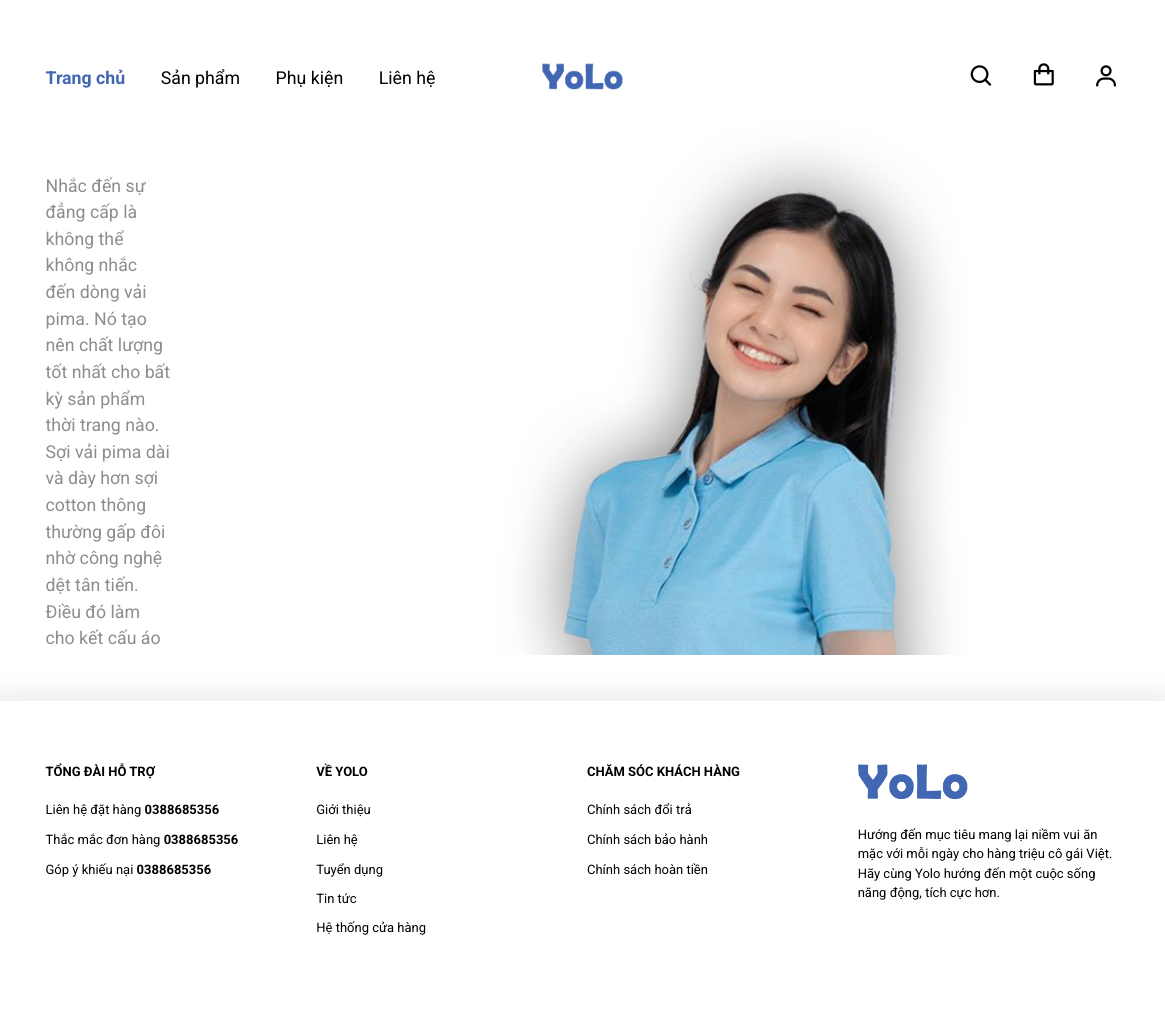
Repository: NguyenThanhBinh1210/Binh-React
Page: / (app in yoloshop/)
The author's editor kept a copy of each file at every save. The page is drawn from the files as they stood at one save, then again after the next save.
The browser window is 1280 px wide. The pictures show the whole page, at 91% of full size.
The project was rebuilt for these pictures with package versions that can differ from the ones it lists, and the page was loaded fresh each time. A package was used in the major version that the imports need, not the one package.json lists. Also part of the build but not shown: yoloshop/src/pages/Product.jsx, yoloshop/src/pages/Catalog.jsx, yoloshop/src/pages/Cart.jsx, yoloshop/src/pages/Accessory.jsx, yoloshop/src/pages/Contact.jsx.

Above is the page before, as saved 2021-11-25 12:11:41.

### yoloshop/src/index.js
import React from 'react'
import ReactDOM from 'react-dom'
import Layout from './components/Layout'
import reportWebVitals from './reportWebVitals'
import './assets/boxicons-2.0.7/css/boxicons.min.css'
import './sass/index.scss'

ReactDOM.render(
	<React.StrictMode>
		<Layout />
	</React.StrictMode>,
	document.getElementById('root')
)

// If you want to start measuring performance in your app, pass a function
// to log results (for example: reportWebVitals(console.log))
// or send to an analytics endpoint. Learn more: https://bit.ly/CRA-vitals
reportWebVitals()

### yoloshop/src/components/Layout.jsx
import React from 'react'
import { BrowserRouter, Route } from 'react-router-dom'
import Header from './Header'
import Footer from './Footer'
import Routess from '../routes/Routess'

export default function Layout() {
	return (
		<BrowserRouter>
			<Route
				render={props => (
					<div>
						<Header {...props} />
						<div className="container">
							<div className="main">
								<Routess />
							</div>
						</div>
						<Footer />
					</div>
				)}
			/>
		</BrowserRouter>
	)
}

### yoloshop/src/sass/index.scss
@import './variables';
@import './mixins';
@import './base.scss';

@import './components/header';
@import './components/footer';
@import './components/hero-slider';

### yoloshop/src/components/Header.jsx
import React, { useEffect, useRef } from 'react'
import logo from '../assets/images/Logo-2.png'
import { Link, useLocation } from 'react-router-dom'

const mainNav = [
	{
		display: 'Trang chủ',
		path: '/'
	},
	{
		display: 'Sản phẩm',
		path: '/catalog'
	},
	{
		display: 'Phụ kiện',
		path: '/accessories'
	},
	{
		display: 'Liên hệ',
		path: '/contact'
	}
]
export default function Header() {
	const { pathname } = useLocation()
	const activeNav = mainNav.findIndex(e => e.path === pathname)
	const headerRef = React.useRef(null)

	useEffect(() => {
		window.addEventListener('scroll', () => {
			if (
				document.body.scrollTop > 80 ||
				document.documentElement.scrollTop > 80
			) {
				headerRef.current.classList.add('shrink')
			} else {
				headerRef.current.classList.remove('shrink')
			}
		})
		return () => {
			window.removeEventListener('scroll')
		}
	}, [])

	const menuLeft = useRef(null)

	const menuToggle = () => menuLeft.current.classList.toggle('active')

	return (
		<div className="header" ref={headerRef}>
			<div className="container">
				<div className="header__logo">
					<Link to="/">
						<img src={logo} alt="logo" />
					</Link>
				</div>
				<div className="header__menu">
					<div className="header__menu__mobile-toggle" onClick={menuToggle}>
						<i class="bx bx-menu-alt-left"></i>
					</div>
					<div className="header__menu__left" ref={menuLeft}>
						<div className="header__menu__left__close" onClick={menuToggle}>
							<i class="bx bx-chevron-left"></i>
						</div>
						{mainNav.map((item, index) => (
							<div
								key={index}
								className={`header__menu__item  header__menu__left__item ${
									index === activeNav ? 'active' : ''
								}`}
								onClick={menuToggle}
							>
								<Link to={item.path}>
									<span>{item.display}</span>
								</Link>
							</div>
						))}
					</div>
					<div className="header__menu__right">
						<div className="header__menu__item header__menu__right__item">
							<i class="bx bx-search"></i>
						</div>
						<div className="header__menu__item header__menu__right__item">
							<Link to="/cart">
								<i class="bx bx-shopping-bag"></i>
							</Link>
						</div>
						<div className="header__menu__item header__menu__right__item">
							<i class="bx bx-user"></i>
						</div>
					</div>
				</div>
			</div>
		</div>
	)
}

### yoloshop/src/components/Footer.jsx
import React from 'react'
import { Link } from 'react-router-dom'
import Grid from './Grid'
import logo from '../assets/images/Logo-2.png'

const footerAboutLinks = [
	{
		display: 'Giới thiệu',
		path: '/about'
	},
	{
		display: 'Liên hệ',
		path: '/contact'
	},
	{
		display: 'Tuyển dụng',
		path: '/about'
	},
	{
		display: 'Tin tức',
		path: '/about'
	},
	{
		display: 'Hệ thống cửa hàng',
		path: '/about'
	}
]

const footerCustomLinks = [
	{
		display: 'Chính sách đổi trả',
		path: '/about'
	},

	{
		display: 'Chính sách bảo hành',
		path: '/about'
	},

	{
		display: 'Chính sách hoàn tiền',
		path: '/about'
	}
]

export default function Footer() {
	return (
		<footer className="footer">
			<div className="container">
				<Grid col={4} mdCol={2} smCol={1} gap={10}>
					<div>
						<div className="footer__title">Tổng đài hỗ trợ</div>
						<div className="footer__content">
							<p>
								Liên hệ đặt hàng <strong> 0388685356</strong>
							</p>
							<p>
								Thắc mắc đơn hàng <strong> 0388685356</strong>
							</p>
							<p>
								Góp ý khiếu nại <strong> 0388685356</strong>
							</p>
						</div>
					</div>
					<div>
						<div className="footer__title">Về Yolo</div>
						<div className="footer__content">
							{footerAboutLinks.map((item, i) => (
								<p key={i} className="">
									<Link to={item.path}>{item.display}</Link>
								</p>
							))}
						</div>
					</div>
					<div>
						<div className="footer__title">Chăm sóc khách hàng</div>
						<div className="footer__content">
							{footerCustomLinks.map((item, i) => (
								<p key={i} className="">
									<Link to={item.path}>{item.display}</Link>
								</p>
							))}
						</div>
					</div>
					<div className="footer__about">
						<p>
							<Link to="/">
								<img src={logo} className="footer__logo" alt="logo" />
							</Link>
						</p>
						<p>
							Hướng đến mục tiêu mang lại niềm vui ăn mặc với mỗi ngày cho hàng
							triệu cô gái Việt. Hãy cùng Yolo hướng đến một cuộc sống năng
							động, tích cực hơn.
						</p>
					</div>
				</Grid>
			</div>
		</footer>
	)
}

### yoloshop/src/routes/Routess.jsx
import React from 'react'
import { Switch, Route } from 'react-router-dom'
import Home from '../pages/Home'
import Product from '../pages/Product'
import Catalog from '../pages/Catalog'
import Cart from '../pages/Cart'
import Accessory from '../pages/Accessory'
import Contact from '../pages/Contact'

const Routess = () => {
	return (
		<Switch>
			<Route path="/" exact component={Home}></Route>
			<Route path="/catalog/:slug" component={Product}></Route>
			<Route path="/catalog" component={Catalog}></Route>
			<Route path="/cart" component={Cart}></Route>
			<Route path="/accessories" component={Accessory}></Route>
			<Route path="/contact" component={Contact}></Route>
		</Switch>
	)
}

export default Routess

### yoloshop/src/sass/_variables.scss
$main-bg: #fff;
$main-color: #4267b2;

$txt-main-color: #000000;
$txt-second-color: #8d8d8d;
$txt-white: #fff;

$btn-main-bg: $main-color;
$btn-main-color: #fff;

$header-height: 170px;
$header-tablet-height: 70px;
$header-mobile-height: 40px;
$header-shrink-height: 70px;

$box-shadow: rgba(149, 157, 165, 0.2) 0px 0px 24px 8px;

$colors: (
	'blue': #4267b2,
	'orange': #fbb96b,
	'pink': #fe7e73,
	'white': #fff,
	'black': #000,
	'main': $main-color
);

$mobile-width: 600px;
$tablet-width: 1024px;

$numbers: (0, 1, 2, 3, 4, 5, 6, 7, 8);

### yoloshop/src/sass/_mixins.scss
@mixin flex($align-item, $justify-content) {
	display: flex;
	align-items: $align-item;
	justify-content: $justify-content;
}

@mixin mobile {
	@media only screen and (max-width: $mobile-width) {
		@content;
	}
}
@mixin tablet {
	@media only screen and (max-width: $tablet-width) {
		@content;
	}
}

### yoloshop/src/sass/_base.scss
@import url('https://fonts.googleapis.com/css2?family=Roboto:ital,wght@0,100;0,300;0,400;0,500;0,700;0,900;1,100;1,300;1,400;1,500;1,700;1,900&display=swap');

@import url('https://fonts.googleapis.com/css2?family=M+PLUS+Rounded+1c:wght@100;300;400;500;700;800;900&display=swap');

* {
	padding: 0;
	margin: 0;
	box-sizing: border-box;
	-webkit-tap-highlight-color: transparent;
	user-select: none;
}

html {
	font-size: 13px;
}

body {
	font-family: 'Roboto', sans-serif;
}

ul {
	list-style-type: none;
}

a {
	text-decoration: none;
	color: unset;
}

@each $color, $val in $colors {
	.color-#{$color} {
		color: $val;
	}

	.bg-#{$color} {
		background-color: $val;
	}
}

@each $val in $numbers {
	.grid-col-#{$val} {
		grid-template-columns: repeat($val, 1fr);
	}
}

@each $val in $numbers {
	.grid-col-md-#{$val} {
		@include tablet {
			grid-template-columns: repeat($val, 1fr);
		}
	}
}

@each $val in $numbers {
	.grid-col-sm-#{$val} {
		@include mobile {
			grid-template-columns: repeat($val, 1fr);
		}
	}
}

.container {
	width: 100%;
	max-width: 1620px;
	padding: 0 50px;
	margin: auto;

	@include tablet {
		padding: 0 20px;
	}

	@include mobile {
		padding: 0 10px;
	}
}

.main {
	margin-top: $header-height;
	margin-bottom: 2rem;
	min-height: 100vh;

	@include tablet {
		margin-top: calc(#{$header-tablet-height} + 20px);
	}
	@include mobile {
		margin-top: calc(#{$header-mobile-height} + 10px);
	}
}

.grid {
	display: grid;
}

### yoloshop/src/sass/components/_header.scss
.header {
	background-color: $main-bg;
	position: fixed;
	top: 0;
	left: 0;
	width: 100%;
	z-index: 99;
	height: $header-height;
	transition: height 0.3s ease;

	@include tablet {
		height: $header-tablet-height;
		box-shadow: $box-shadow;
	}
	@include mobile {
		height: $header-mobile-height;
	}

	.container {
		height: 100%;
	}

	&.shrink {
		height: $header-shrink-height;
		box-shadow: $box-shadow;
	}

	&__logo {
		@include flex(center, center);
		position: absolute;
		inset: 0;
		pointer-events: none;

		img {
			height: 28px;
		}
	}

	&__menu {
		@include flex(center, space-between);
		height: 100%;
		font-size: 1.5rem;

		&__item ~ &__item {
			margin-left: 39px;
			@include tablet {
				margin-left: 20px;
			}
			@include mobile {
				margin-left: 10px;
			}
		}
		&__item.active {
			font-weight: 600;
			color: $main-color;
		}
		&__item:hover {
			color: $main-color;
		}
		&__left,
		&__right {
			@include flex(center, center);
			height: 100%;
		}

		&__right {
			font-size: 2.25rem;
			&__item {
				@include flex(center, center);
			}
			@include mobile {
				font-size: 1.5rem;
			}
		}

		&__left {
			&__close {
				display: none;
			}

			@include tablet {
				flex-direction: column;
				background-color: $main-bg;
				position: absolute;
				left: 0;
				top: 0;
				width: 100%;
				height: 100vh;
				justify-content: flex-start;
				padding-top: 30px;
				transform: translateX(-100%);
				transition: transform 0.5s ease;

				&.active {
					transform: translateX(0);
				}

				&__item ~ &__item {
					margin-left: unset;
					margin-top: 20px;
				}
				&__close {
					display: block;
					position: absolute;
					left: 20px;
					font-size: 2.5rem;
				}
			}
		}
		&__mobile-toggle {
			display: none;

			@include tablet {
				display: block;
				font-size: 2.5rem;
			}
		}
	}
}

### yoloshop/src/sass/components/_footer.scss
.footer {
	padding: 70px 0;
	box-shadow: $box-shadow;
	font-size: 1.1rem;
	a:hover {
		color: $main-color;
	}
	&__logo {
		height: 38px;
	}
	&__about {
		p {
			margin-bottom: 2rem;
		}
		p:not(:first-child) {
			line-height: 1.5;
		}
	}
	&__title {
		text-transform: uppercase;
		margin-bottom: 2rem;
		font-weight: 600;
	}
	&__content {
		p {
			margin-bottom: 1.25rem;
		}
	}
}

### yoloshop/src/sass/components/_hero-slider.scss
.hero-slider {
	height: 100vh;
	max-height: 1080px;
	overflow: hidden;
	position: relative;
	margin-bottom: 50px;
	margin-top: calc(#{$header-height} * -1);
	@include tablet {
		margin-top: calc(#{$header-tablet-height} * -1);
	}
	@include mobile {
		margin-top: calc(#{$header-mobile-height} * -1);
	}
	&__item {
		@include flex(center, space-between);
		opacity: 0;
		visibility: hidden;
		pointer-events: none;
		position: absolute;
		inset: 0;
		&.active {
			opacity: 1;
			visibility: visible;
			pointer-events: visible;
		}
		&__info {
			width: 58.33%;
			&__title,
			&__description {
				margin-bottom: 60px;

				@include tablet {
					margin-bottom: 15px;
				}
			}
			&__title {
				font-family: 'M Plus Rounded 1c', sans-serif;
				font-weight: 600;
				font-size: 4.5rem;
				line-height: 6.75rem;
				overflow: hidden;
			}
			&__description {
				color: $txt-second-color;
				font-size: 1.5rem;
				line-height: 2.25rem;
				overflow: hidden;
			}
			&__btn {
				overflow: hidden;
			}
		}
		&__image {
			flex-grow: 1;
			position: relative;
			height: 100%;
			z-index: 1000;
			pointer-events: none;
		}
	}
}

### yoloshop/src/components/Grid.jsx
import React from 'react'
import PropTypes from 'prop-types'

const Grid = props => {
	const style = {
		gap: props.gap ? `${props.gap}px` : '0'
	}
	const col = props.col ? `grid-col-${props.col}` : '0'
	const mdCol = props.mdCol ? `grid-col-${props.mdCol}` : '0'
	const smCol = props.smCol ? `grid-col-${props.smCol}` : '0'
	return (
		<div className={`grid ${col} ${mdCol} ${smCol}`} style={style}>
			{props.children}
		</div>
	)
}

Grid.propTypes = {
	col: PropTypes.number.isRequired,
	mdCol: PropTypes.number,
	smCol: PropTypes.number,
	gap: PropTypes.number
}

export default Grid

### yoloshop/src/pages/Home.jsx
import React from 'react'
import heroSliderData from '../assets/fake-data/hero-slider'
import Helmet from '../components/Helmet'
import HeroSlider from '../components/HeroSlider'

const Home = () => {
	return (
		<Helmet title="Trang chủ">
			{/* Hero slider */}
			<HeroSlider data={heroSliderData} />
		</Helmet>
	)
}

export default Home

### yoloshop/src/assets/fake-data/hero-slider.js
const img1 = require('../images/slider/slide_1.png').default
const img2 = require('../images/slider/slide_2.png').default
const img3 = require('../images/slider/slide_3.png').default

const heroSliderData = [
	{
		title: 'Polo nữ Pima cao cấp',
		description:
			'Nhắc đến sự đẳng cấp là không thể không nhắc đến dòng vải pima. Nó tạo nên chất lượng tốt nhất cho bất kỳ sản phẩm thời trang nào. Sợi vải pima dài và dày hơn sợi cotton thông thường gấp đôi nhờ công nghệ dệt tân tiến. Điều đó làm cho kết cấu áo polo chắc chắn, bền chặt, hạn chế tối đa xù lông, mềm mượt, bền màu, vô cùng đảm bảo sức khoẻ người dùng',
		img: img1,
		color: 'blue',
		path: '/catalog/ao-thun-dinosaur-01'
	},
	{
		title: 'Polo Nữ Dáng Suông Modal',
		description:
			'Polo nữ dáng suông Modal sử dụng công nghệ vải cao cấp thân thiện với môi trường sản xuất độc quyền chống co rút vải, áo polo nữ vải modal là sản phẩm thích hợp cho các bạn có môi trường làm việc năng động như hiện nay',
		img: img2,
		path: '/catalog/ao-thun-dinosaur-02',
		color: 'pink'
	},
	{
		title: 'Polo Nữ Coolmax Lacoste',
		description:
			'Mẫu áo polo nữ được làm bằng chất liệu coolmax đem lại cảm giác mát lạnh khi mặc. Thiết kế mẫu áo polo coolmax này có kiểu dáng cực kỳ thoải mái. Tạo sự gọn gàng hứa hẹn sẽ là mẫu áo polo vô cùng hot trong thời điểm sắp tới',
		img: img3,
		path: '/catalog/ao-thun-dinosaur-03',
		color: 'orange'
	}
]

export default heroSliderData

### yoloshop/src/components/Helmet.jsx
import React from 'react'
import PropTypes from 'prop-types'

const Helmet = props => {
	document.title = 'Yolo - ' + props.title

	return <div>{props.children}</div>
}

Helmet.propTypes = {
	title: PropTypes.string.isRequired
}

export default Helmet

### yoloshop/src/components/HeroSlider.jsx
import React from 'react'
import PropTypes from 'prop-types'
import { Link } from 'react-router-dom'

const HeroSlider = props => {
	const data = props.data
	const activeSlider = 0
	return (
		<div className="hero-slider">
			{data.map((item, index) => (
				<HeroSliderItem
					key={index}
					item={item}
					active={index === activeSlider}
				/>
			))}
		</div>
	)
}

HeroSlider.propTypes = {
	data: PropTypes.array.isRequired
}

const HeroSliderItem = props => (
	<div className={`hero-slider__item ${props.active ? 'active' : ''}`}>
		<div className="hero-slider__item__info">
			<div className="hero-slider__item__info__title">
				<span> {props.item.title}</span>
			</div>
			<div className="hero-slider__item__info__description">
				<span> {props.item.description}</span>
			</div>
			<div className="hero-slider__item__info__btn">
				<Link to={props.item.path}>
					<button>Xem chi tiết</button>
				</Link>
			</div>
		</div>
		<div className="hero-slider__item__image">
			<img src={props.item.img} alt={props.item.title} />
		</div>
	</div>
)

export default HeroSlider

Loaded but not shown: yoloshop/public/index.html (common file); yoloshop/src/reportWebVitals.js (common file); yoloshop/src/assets/boxicons-2.0.7/css/boxicons.min.css (library)

After the next save:
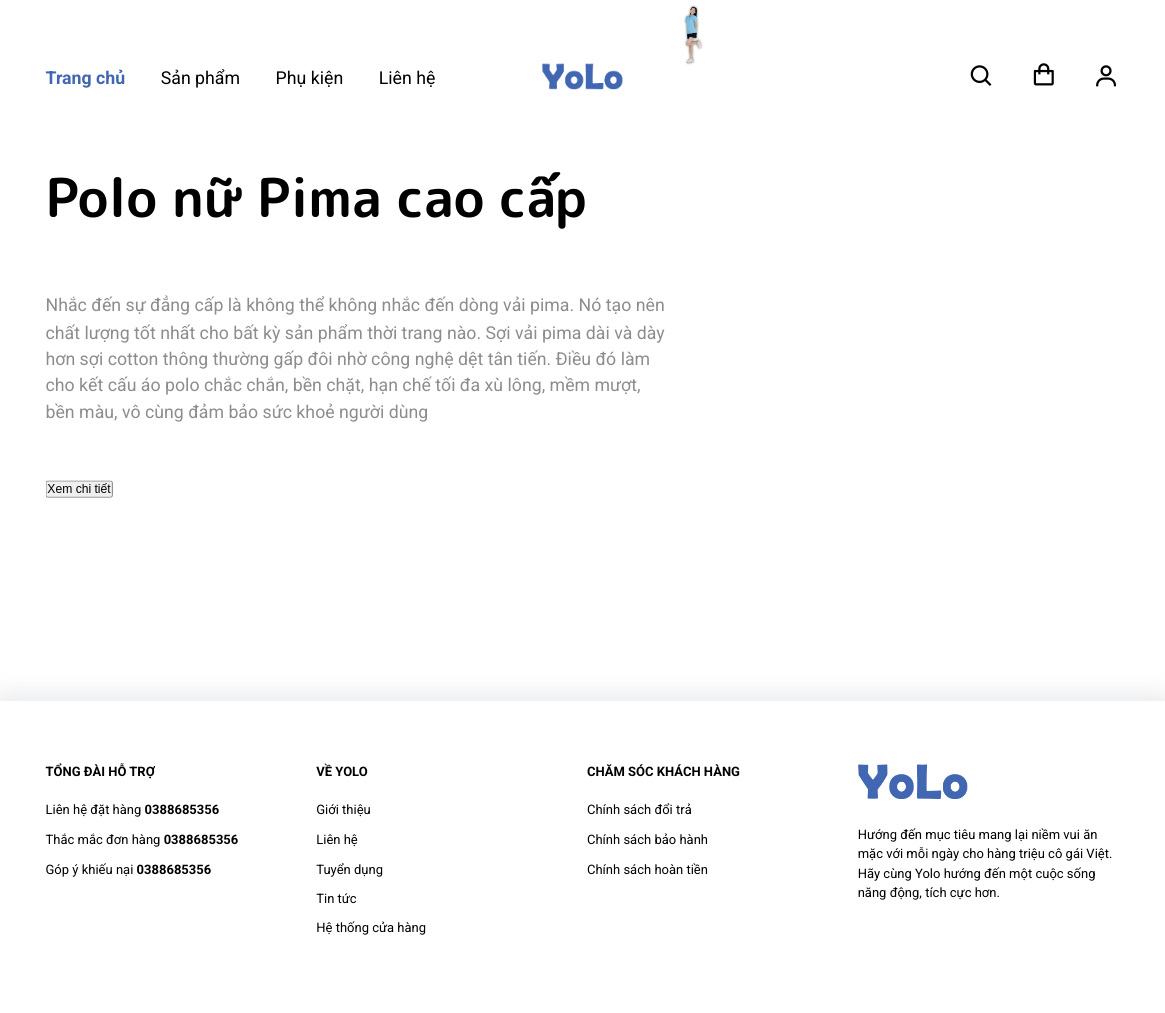
Saved 13 s later.
--- a/yoloshop/src/sass/components/_hero-slider.scss
+++ b/yoloshop/src/sass/components/_hero-slider.scss
@@ -56,6 +56,9 @@
 			height: 100%;
 			z-index: 1000;
 			pointer-events: none;
+			img {
+				height: 10vh;
+			}
 		}
 	}
 }
